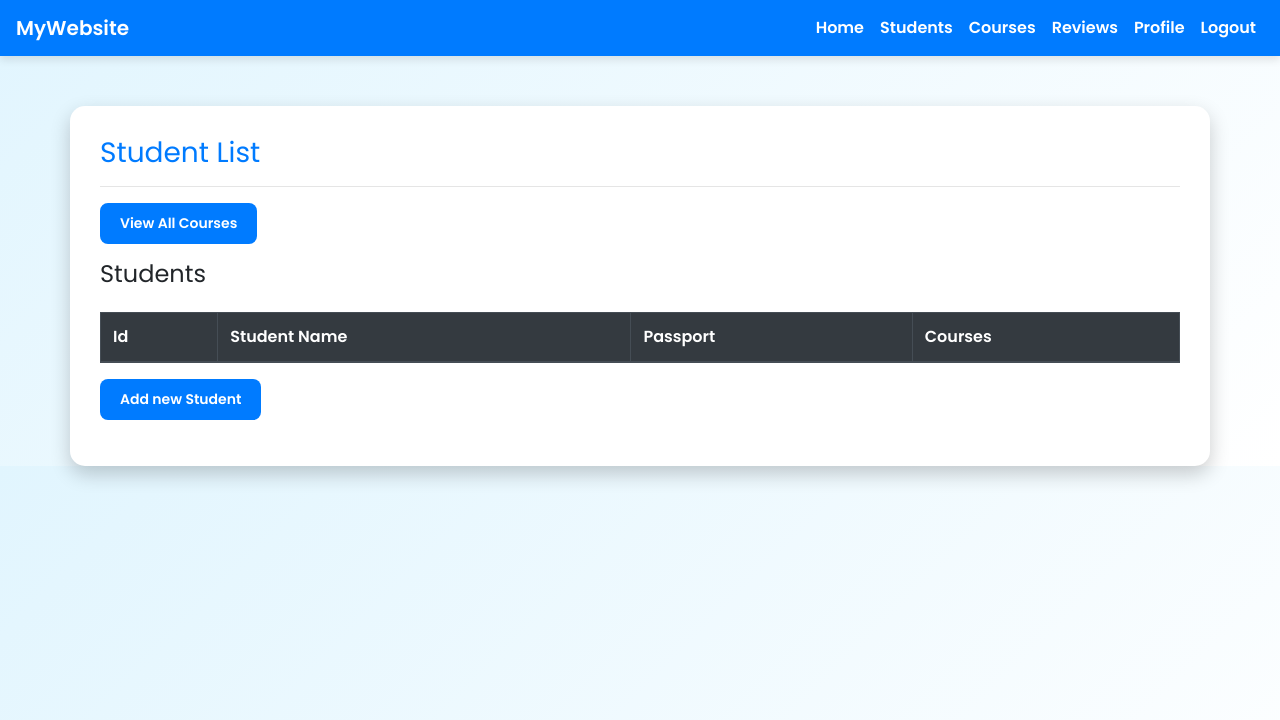
Repository: Jagadeesh5242/ERP
Page: http://localhost/student-list
The author's editor kept a copy of each file at every save. The page is drawn from the files as they stood at one save, then again after the next save.
The browser window is 1280 px wide. The pictures show the whole page.
The page is this project's Thymeleaf template; nobody is signed in. The template is opened directly, without the code that normally fills it, so the values that code supplies are empty.

Above is the page before, as saved 2024-09-25 05:48:06.

### Student-Database-Management-System-using-JAVA-Spring-Boot-master/src/main/resources/templates/student-list.html
<!DOCTYPE HTML>
<html lang="en" xmlns:th="http://www.thymeleaf.org">

<head>
    <!-- Required meta tags -->
    <meta charset="utf-8">
    <meta name="viewport" content="width=device-width, initial-scale=1, shrink-to-fit=no">

    <!-- Bootstrap CSS -->
    <link rel="stylesheet" href="https://stackpath.bootstrapcdn.com/bootstrap/4.5.2/css/bootstrap.min.css">

    <!-- Google Fonts -->
    <link href="https://fonts.googleapis.com/css2?family=Poppins:wght@400;600&display=swap" rel="stylesheet">

    <title>Student List</title>

    <style>
        body {
            background: linear-gradient(135deg, #e1f5fe, #fff);
            font-family: 'Poppins', sans-serif;
        }

        .navbar {
            background-color: #007bff;
            box-shadow: 0 4px 8px rgba(0, 0, 0, 0.1);
        }

        .navbar-brand,
        .nav-link {
            color: #fff !important;
            font-weight: 600;
        }

        .navbar-brand:hover,
        .nav-link:hover {
            color: #f1f1f1 !important;
        }

        .container {
            margin-top: 50px;
            background-color: #ffffff;
            padding: 30px;
            border-radius: 15px;
            box-shadow: 0 8px 20px rgba(0, 0, 0, 0.2);
        }

        h3 {
            color: #007bff;
        }

        .table th, .table td {
            vertical-align: middle;
        }

        .btn-primary {
            background-color: #007bff;
            border: none;
            border-radius: 8px;
            padding: 10px 20px;
            font-weight: 600;
        }

        .btn-primary:hover {
            background-color: #0056b3;
        }
    </style>
</head>

<body>

    <!-- Navbar -->
    <nav class="navbar navbar-expand-lg navbar-dark">
        <a class="navbar-brand" href="#">MyWebsite</a>
        <button class="navbar-toggler" type="button" data-toggle="collapse" data-target="#navbarNav"
            aria-controls="navbarNav" aria-expanded="false" aria-label="Toggle navigation">
            <span class="navbar-toggler-icon"></span>
        </button>
        <div class="collapse navbar-collapse" id="navbarNav">
            <ul class="navbar-nav ml-auto">
                <li class="nav-item">
                    <a class="nav-link" th:href="@{/}">Home</a>
                </li>
                <li class="nav-item">
                    <a class="nav-link" th:href="@{/students}">Students</a>
                </li>
                <li class="nav-item">
                    <a class="nav-link" th:href="@{/courses}">Courses</a>
                </li>
                <li class="nav-item">
                    <a class="nav-link" th:href="@{/reviews}">Reviews</a>
                </li>
                <li class="nav-item">
                    <a class="nav-link" th:href="@{/profile}">Profile</a>
                </li>
                <li class="nav-item">
                    <a class="nav-link" th:href="@{/logout}">Logout</a>
                </li>
            </ul>
        </div>
    </nav>

    <div class="container">
        <h3>Student List</h3>
        <hr>

        <a th:href="@{/courses}" class="btn btn-primary btn-sm mb-3">View All Courses</a>

        <p class="h4 mb-4">Students</p>

        <table class="table table-bordered table-striped">
            <thead class="thead-dark">
                <tr>
                    <th>Id</th>
                    <th>Student Name</th>
                    <th>Passport</th>
                    <th>Courses</th>
                </tr>
            </thead>

            <tbody>
                <tr th:each="temp : ${students}">
                    <td th:text="${temp.id}"></td>
                    <td th:text="${temp.name}"></td>
                    <td>
                        <p th:if="${temp.passport}" th:text="${temp.passport.number}"></p>
                        <a th:if="!${temp.passport}" th:href="@{'/passports/add?id='+${temp.id}}">Add Passport</a>
                    </td>
                    <td>
                        <a th:href="@{'/students/'+${temp.id}+'/courses'}">
                            <p th:if="${temp.courses.isEmpty()}">Add Courses</p>
                            <p th:if="!${temp.courses.isEmpty()}">View Courses</p>
                        </a>
                    </td>
                </tr>
            </tbody>
        </table>

        <a th:href="@{/students/add}" class="btn btn-primary btn-sm mb-3">Add new Student</a>
    </div>

    <!-- Optional JavaScript -->
    <script src="https://code.jquery.com/jquery-3.3.1.slim.min.js"></script>
    <script src="https://cdnjs.cloudflare.com/ajax/libs/popper.js/1.14.6/umd/popper.min.js"></script>
    <script src="https://stackpath.bootstrapcdn.com/bootstrap/4.5.2/js/bootstrap.min.js"></script>
</body>
</html>

After the next save:
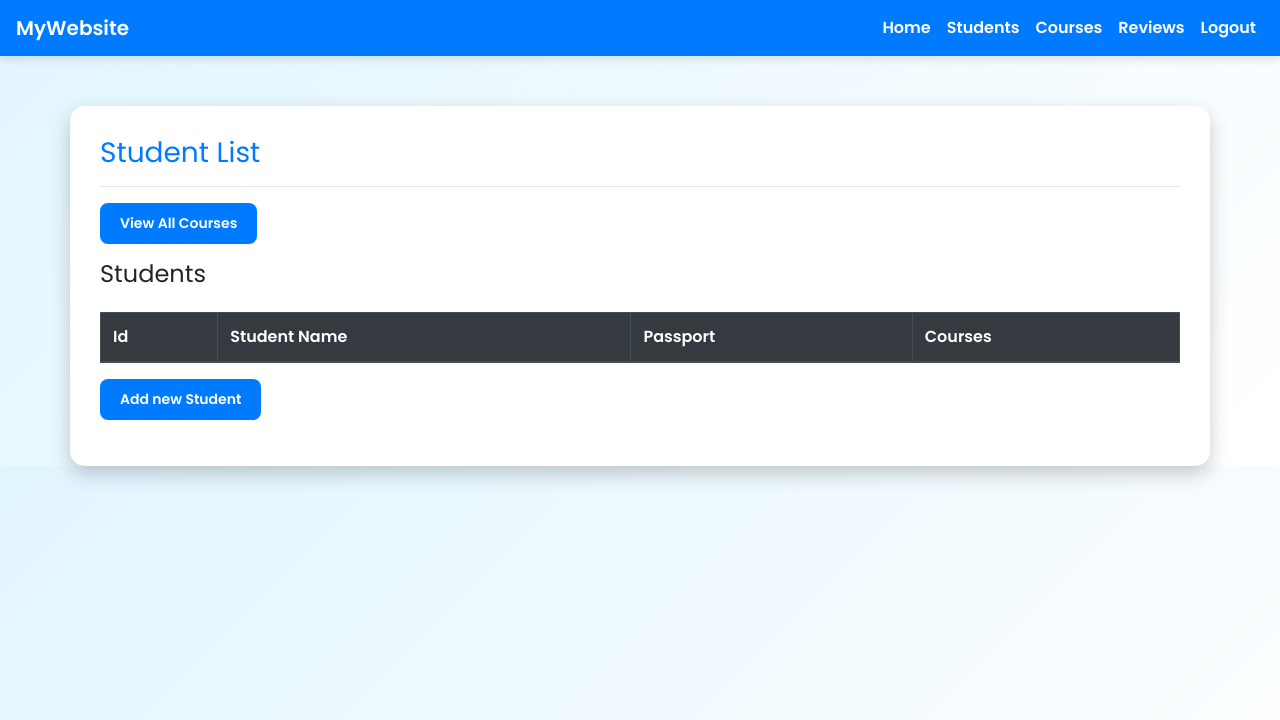
Saved 16 s later.
--- a/Student-Database-Management-System-using-JAVA-Spring-Boot-master/src/main/resources/templates/student-list.html
+++ b/Student-Database-Management-System-using-JAVA-Spring-Boot-master/src/main/resources/templates/student-list.html
@@ -89,9 +89,7 @@
                 <li class="nav-item">
                     <a class="nav-link" th:href="@{/reviews}">Reviews</a>
                 </li>
-                <li class="nav-item">
-                    <a class="nav-link" th:href="@{/profile}">Profile</a>
-                </li>
+
                 <li class="nav-item">
                     <a class="nav-link" th:href="@{/logout}">Logout</a>
                 </li>
